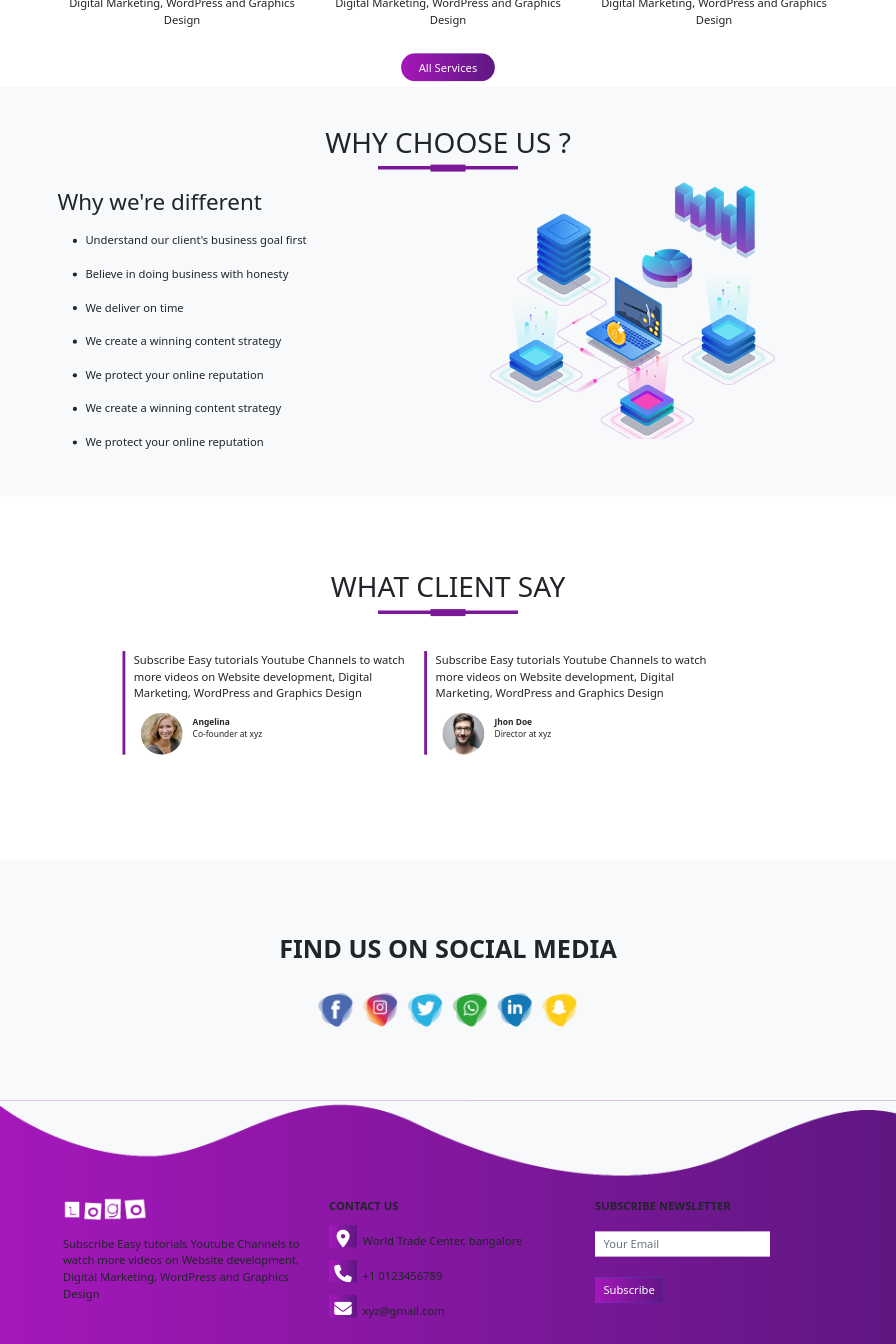
Repository: wadelfadill/Bootstrap_tache_2_website_design
Page: index.html
An editor plug-in stored every save of this project. The page is shown before and after the next save, followed by the edit.
The browser window is 1280 px wide. The pictures show the part of the page from y = 1103 to 3023 px (the page is 3080 px tall before and 3056 px after), at 70% of full size.
Some web libraries are served in a nearby version.

Above is the page before, as saved 2023-04-06 15:23:36.

### index.html
<!DOCTYPE html>
<html lang="en">
<head>
    <meta charset="UTF-8">
    <meta http-equiv="X-UA-Compatible" content="IE=edge">
    <meta name="viewport" content="width=device-width, initial-scale=1.0">
    <!-- bootstrap css link -->
    <link href="https://cdn.jsdelivr.net/npm/bootstrap@5.1.3/dist/css/bootstrap.min.css" rel="stylesheet" integrity="sha384-1BmE4kWBq78iYhFldvKuhfTAU6auU8tT94WrHftjDbrCEXSU1oBoqyl2QvZ6jIW3" crossorigin="anonymous">
    <!-- css sheet link -->
    <link rel="stylesheet" href="style.css">
    <!-- fontawsome link -->
    <link rel="stylesheet" href="https://cdn.jsdelivr.net/npm/@fortawesome/fontawesome-free@6.2.1/css/fontawesome.min.css">
    <title>bootstrap_website_design</title>
    <script src="https://kit.fontawesome.com/8f130c8a35.js" crossorigin="anonymous"></script>
</head>
<body>
    <section id="nav-bar" class="sticky-top t-0">
        <nav class="navbar navbar-expand-lg navbar-light p-0">
            <div class="container-fluid">
              <a class="navbar-brand" href="#"><img src="images/demo-logo.png" alt="" class="w-75 h-50 p-2"></a>
              <button class="navbar-toggler" type="button" data-bs-toggle="collapse" data-bs-target="#navbarSupportedContent" aria-controls="navbarSupportedContent" aria-expanded="false" aria-label="Toggle navigation">
                <span><i class="fa-solid fa-bars fs-1" style="color: #ffffff;"></i></span>
              </button>
              <div class="collapse navbar-collapse justify-content-end" id="navbarSupportedContent">
                <ul class="navbar-nav ms-auto mb-2 mb-lg-0 ">
                  <li class="nav-item pt-0 pb-1 fw-bold">
                    <a class="nav-link active text-white float-end text-start" aria-current="page" href="#banner">HOME</a>
                  </li>
                  <li class="nav-item pt-0 pb-1 fw-bold">
                    <a class="nav-link text-white float-end text-start" href="#services">SERVICES</a>
                  </li>
                  <li class="nav-item pt-0 pb-1 fw-bold">
                    <a class="nav-link text-white float-end text-start" href="#about-us">ABOUT US</a>
                  </li>
                  <li class="nav-item pt-0 pb-1 fw-bold">
                    <a class="nav-link text-white float-end text-start" href="#testimonials">TESTIMONIALS</a>
                  </li>
                  <li class="nav-item pt-0 pb-1 fw-bold">
                    <a class="nav-link text-white float-end text-start" href="#footer">CONTACT</a>
                  </li>
                </ul>
              </div>
            </div>
          </nav>
    </section>
     <!--banner section  -->
     <section id="banner" class="text-white pt-5">
      <div class="container">
        <div class="row">
          <div class="col-md-6">
            <p class="h2 mt-5">BEST DIGITAL AGENCY</p>
            <p>
              Subscribe Easy tutorials Youtube Channels to watch more videos on
              Website development, Digital Marketing, WordPress and Graphics Design
            </p>
            <a href="" class="tuto text-white text-decoration-none"><img src="images/play.png" alt="" class="play-btn"> Watch tutorials</a>
          </div>
          <div class="col-md-6 text-center">
            <img src="images/home2.png" alt="" class="img-fluid">
          </div>
        </div>
      </div>
     <img src="images/wave1.png" alt="" class="w-100">
     </section>
     <!-- services section -->
     <section id="services" class="pt-5 pb-0">
        <div class="container text-center">
          <div class="row ">
            <h1 class="title text-center">WHAT WE DO ? </h1>
          </div>

          <div class="row text-center">
            <div class="col-md-4 services">
              <img src="images/service1.png" alt="" class="service-img">
              <h4>Growth Marketing</h4>
              <p>
                Subscribe Easy tutorials Youtube Channels to watch more videos on
                Website development, Digital Marketing, WordPress and Graphics Design
              </p>
            </div>
            <div class="col-md-4 services">
              <img src="images/service2.png" alt="" class="service-img">
              <h4>Online Branding</h4>
              <p>
                Subscribe Easy tutorials Youtube Channels to watch more videos on
                Website development, Digital Marketing, WordPress and Graphics Design
              </p>
            </div>
            <div class="col-md-4 services">
              <img src="images/service3.png" alt="" class="service-img">
              <h4>Animated Ads</h4>
              <p>
                Subscribe Easy tutorials Youtube Channels to watch more videos on
                Website development, Digital Marketing, WordPress and Graphics Design
              </p>
            </div>
          </div>
          <button type="button" class="btn btn-primary mb-2">All Services </button>
        </div>
     </section>
     <!-- about us  -->
     <section id="about-us">
        <div class="container">
          <h1 class="title text-center"> WHY CHOOSE US ?</h1>
          <div class="row">
            <div class="col-md-6">
              <p class="h2 mt-4">Why we're different</p>
              <ul class="ms-2">
                <li class="mt-4 mb-0">Understand our client's business goal first</li>
                <li class="mt-4 mb-0">Believe in doing business with honesty</li>
                <li class="mt-4 mb-0">We deliver on time</li>
                <li class="mt-4 mb-0">We create a winning content strategy</li>
                <li class="mt-4 mb-0">We protect your online reputation</li>
                <li class="mt-4 mb-0">We create a winning content strategy</li>
                <li class="mt-4 mb-0">We protect your online reputation</li>
              </ul>
            </div>
            <div class="col-md-6">
              <img src="images/network.png" alt="" class="img-fluid">
            </div>
          </div>
        </div>
     </section>
     <!-- testimonials section -->
     <section id="testimonials">
      <div class="container">
        <h1 class="title text-center"> WHAT CLIENT SAY</h1>
        <div class="row offset-1">
          <div class="col-md-5 testimonials">
            <p>
              Subscribe Easy tutorials Youtube Channels to watch more videos on
              Website development, Digital Marketing, WordPress and Graphics Design
            </p>
            <img src="images/user1.jpg" alt="">
            <p class="user-details"><b>Angelina</b><br>Co-founder at xyz</p>

          </div>
          <div class="col-md-5 testimonials">
            <p>
              Subscribe Easy tutorials Youtube Channels to watch more videos on
              Website development, Digital Marketing, WordPress and Graphics Design
            </p>
            <img src="images/user2.jpg" alt="">
            <p class="user-details"><b>Jhon Doe</b><br>Director at xyz</p>
          </div>
        </div>
      </div>
     </section>
     <!-- social media section -->
     <section id="social-media">
        <div class="container text-center">
          <p>FIND US ON SOCIAL MEDIA</p>
          <div class="social-icons">
            <a href=""><img src="images/facebook-icon.png" alt=""></a>
            <a href=""><img src="images/instagram-icon.png" alt=""></a>
            <a href=""><img src="images/twitter-icon.png" alt=""></a>
            <a href=""><img src="images/whatsapp-icon.png" alt=""></a>
            <a href=""><img src="images/linkedin-icon.png" alt=""></a>
            <a href=""><img src="images/snapchat-icon.png" alt=""></a>
          </div>

        </div>
     </section>
     <!-- footer section -->
     <section id="footer">
      <img src="images/wave2.png" alt="" class="footer-img">
      <div class="container">
        <div class="row">
          <div class="col-md-4 footer-box">
            <img src="images/demo-logo.png" alt="">
            <p>
              Subscribe Easy tutorials Youtube Channels to watch more videos on
              Website development, Digital Marketing, WordPress and Graphics Design
            </p>

          </div>
          <div class="col-md-4 footer-box">
            <p><b>CONTACT US</b></p>
            <P><i class="fa-solid fa-location-dot" style="color: #ffffff;"></i>World Trade Center, bangalore</P>
            <P><i class="fa-solid fa-phone" style="color: #ffffff;"></i>+1 0123456789</P>
            <P><i class="fa-solid fa-envelope" style="color: #ffffff;"></i>xyz@gmail.com</P>
          </div>
          <div class="col-md-4 footer-box">
            <p><b> SUBSCRIBE NEWSLETTER</b></p>
            <input type="mail" name="" id="" class="form-control" placeholder="Your Email">
            <button type="button" class="btn btn-primary">Subscribe</button>
          </div>
        </div>
        <hr>
        <p class="copyright">Website certified by EL_FADILL</p>
      </div>
     </section>


     <!-- smooth scroll -->
     <script src="https://cdn.jsdelivr.net/gh/cferdinandi/smooth-scroll/dist/smooth-scroll.polyfills.min.js">
        var scroll = new SmoothScroll('a[href*="#"]');
     </script>

        <!-- bootstrap js link -->
    <script src="https://cdn.jsdelivr.net/npm/bootstrap@5.1.3/dist/js/bootstrap.bundle.min.js" integrity="sha384-ka7Sk0Gln4gmtz2MlQnikT1wXgYsOg+OMhuP+IlRH9sENBO0LRn5q+8nbTov4+1p" crossorigin="anonymous"></script>
</body>
</html>

### style.css
*{
    margin: 0;
    padding: 0;
}
.navbar{
    background-image: linear-gradient(to right, #a517ba, #5f1782);
}
.navbar-toggler{
    outline: none !important;
}
/* Banner section */
#banner{
    background-image: linear-gradient(to right, #a517ba, #5f1782);


}
.play-btn{
    width: 45px;
    margin: 20px;
}
.service-img{
    width: 100px;
    margin-top: 20px;
}
.services{
    padding: 20px;
}
.services h4{
    padding: 5px;
    margin-top: 25px;
    text-transform: uppercase;
}
.title::before{
    content: '';
    background: #7b1798;
    height: 5px;
    width: 200px;
    margin-left: auto;
    margin-right: auto;
    display: block;
    transform: translateY(63px);
}
.title::after{
    content: '';
    background: #7b1798;
    height: 10px;
    width: 50px;
    margin-top: 0;
    margin-left: auto;
    margin-right: auto;
    display: block;
    transform: translateY(8px);
}
#services .btn-primary{
    box-shadow: none;
    padding: 8px 25px;
    border-radius: 20px;
    background-image: linear-gradient(to right, #a517ba, #5f1782);
    outline: none;
    border: none;

}
#about-us{
    background: #f8f9fa;
    padding-bottom: 50px;
    padding-top: 50px;
}
/* testimonials section */
#testimonials{
    margin: 100px 0;

}
.testimonials{
    border-left: 4px solid #7b1798;
    margin-top: 50px;
    margin-bottom: 50px;
}
.testimonials img{
    height: 60px;
    width: 60px;
    border-radius: 50%;
    margin: 0 10px;
}
.user-details{
    display: inline-block;
    font-size: 12px;
}
/* social media secion */
#social-media{
    background: #f8f9fa;
    padding: 100px 0;
}
#social-media p{
    font-size: 36px;
    font-weight: 600;
    margin-bottom: 30px;

}
.social-icons img{
    width: 60px;
    transition: 0.5s;
}
.social-icons a:hover img{
    transform: translateY(-10px);
}
/* footer section */
#footer{
    background-image: linear-gradient(to right, #a517ba, #5f1782);
}
.footer-img{
    width: 100%;
}
.footer-box{
    padding: 20px;

}
.footer-box img{
    width: 120px;
    margin-bottom: 20px;
}
.footer-box .fa-solid{
    margin-right: 8px;
    font-size: 25px;
    width: 40px;
    text-align: center;
    padding-top: 7px;
    border-radius: 2px;
    background-image: linear-gradient(to right, #a517ba, #5f1782);
}
.footer-box .form-control{
    box-shadow: none;
    border: none;
    border-radius: 0;
    margin-top: 25px;
    max-width: 250px;
}
.footer-box .btn-primary{
    box-shadow: none;
    border: none;
    border-radius: 0;
    margin-top: 30px;
    background-image: linear-gradient(to right, #a517ba, #5f1782);

}
hr{
    background-color: #ffff;

}
.copyright{
    margin-bottom: 0;
    padding-bottom: 0;
    text-align: center;
}

After the next save:
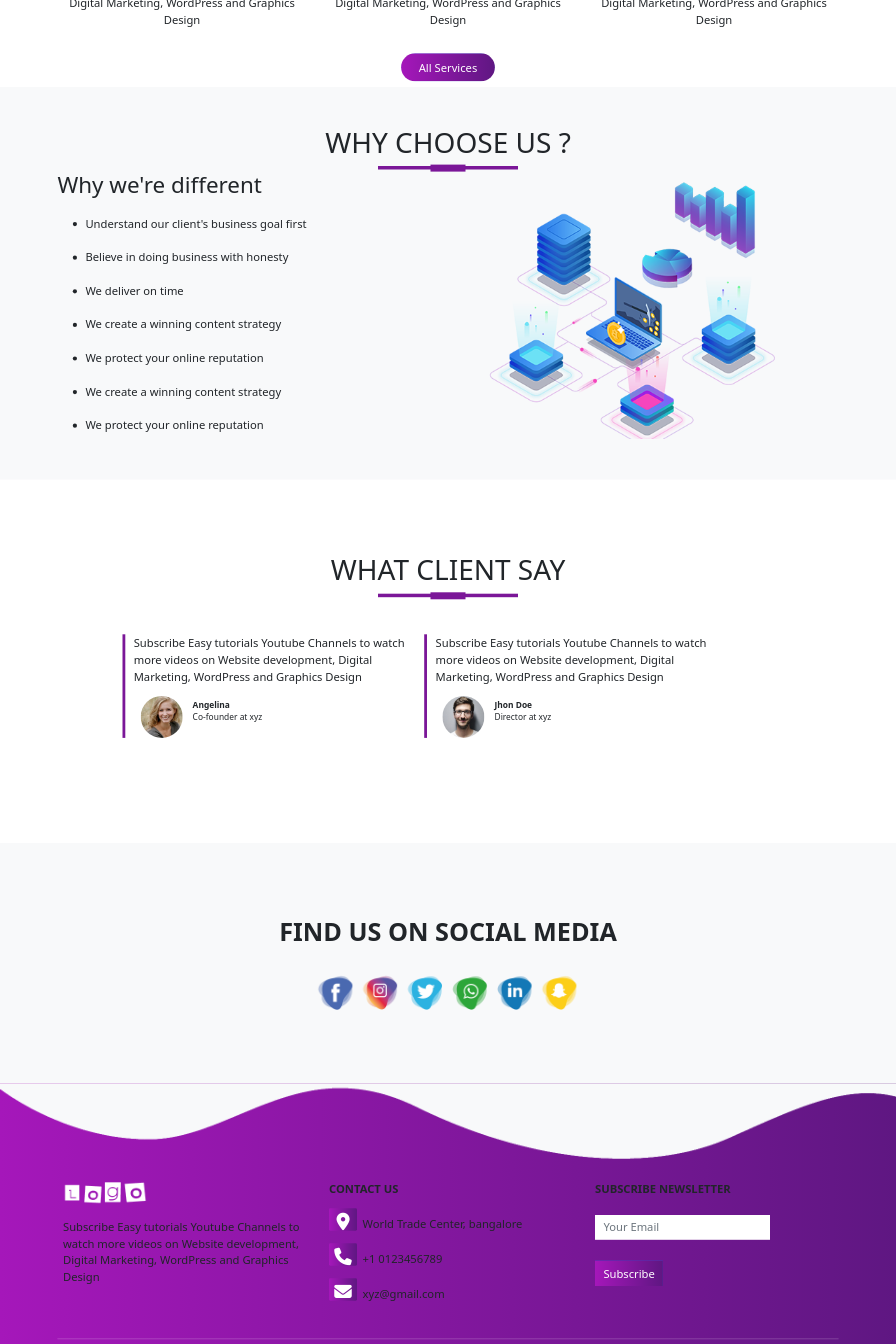
Saved 87 s later.
--- a/index.html
+++ b/index.html
@@ -104,7 +104,7 @@
           <h1 class="title text-center"> WHY CHOOSE US ?</h1>
           <div class="row">
             <div class="col-md-6">
-              <p class="h2 mt-4">Why we're different</p>
+              <p class="h2">Why we're different</p>
               <ul class="ms-2">
                 <li class="mt-4 mb-0">Understand our client's business goal first</li>
                 <li class="mt-4 mb-0">Believe in doing business with honesty</li>

After the save that followed:
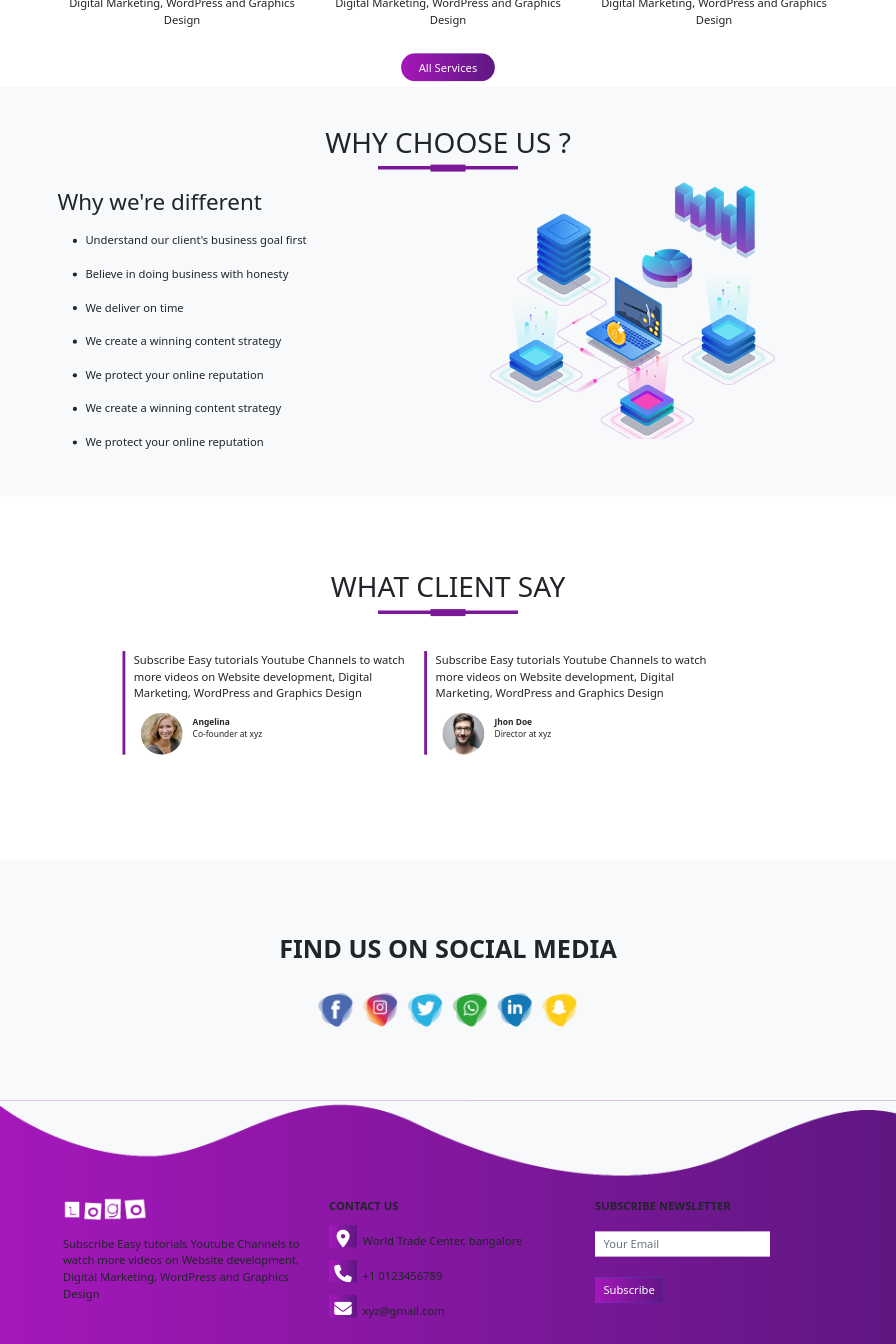
Saved 34 s later.
--- a/index.html
+++ b/index.html
@@ -104,7 +104,7 @@
           <h1 class="title text-center"> WHY CHOOSE US ?</h1>
           <div class="row">
             <div class="col-md-6">
-              <p class="h2">Why we're different</p>
+              <p class="h2 mt-4">Why we're different</p>
               <ul class="ms-2">
                 <li class="mt-4 mb-0">Understand our client's business goal first</li>
                 <li class="mt-4 mb-0">Believe in doing business with honesty</li>
